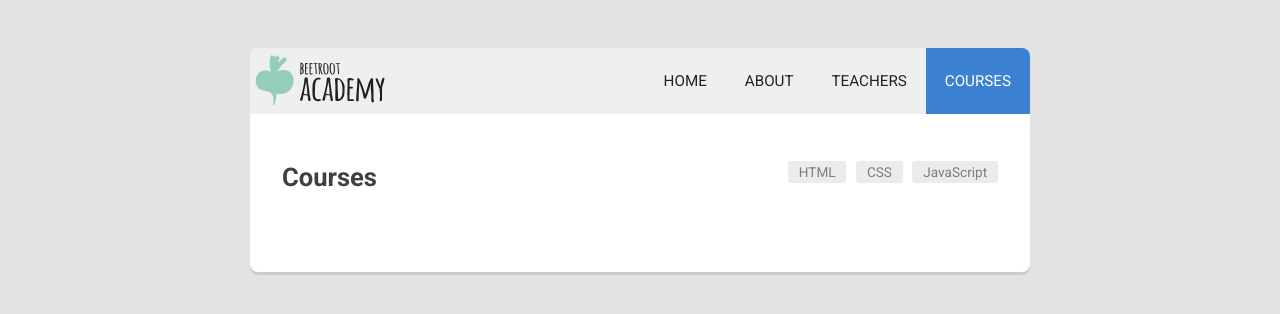
Repository: AlSemyon/router
Page: /courses
The author's editor kept a copy of each file at every save. The page is drawn from the files as they stood at one save, then again after the next save.
The browser window is 1280 px wide. The pictures show the whole page.
The project was rebuilt for these pictures with package versions that can differ from the ones it lists, and the page was loaded fresh each time. Also part of the build but not shown: src/components/Home.js, src/components/About.js, src/data.js, src/components/Teachers.js, src/components/courses/Course.js, src/components/courses/HTML.js, src/components/courses/CSS.js, src/components/courses/JavaScript.js.

Above is the page before, as saved 2018-12-30 10:13:27.

After the next save:
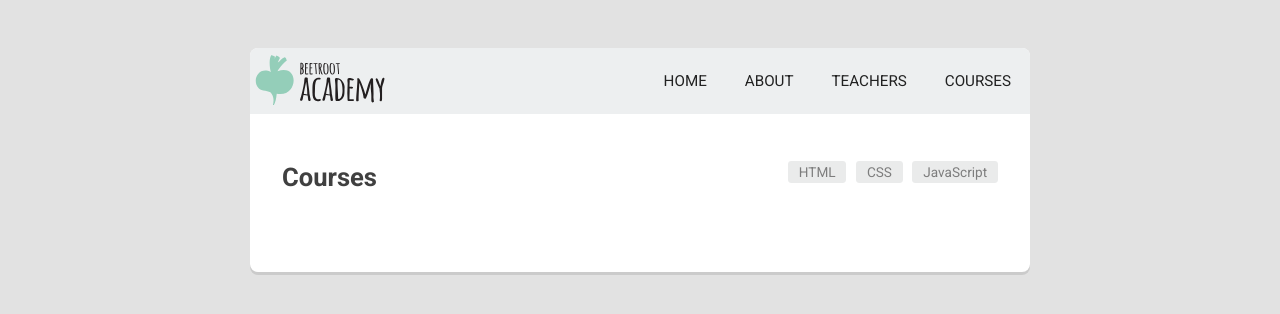
Saved 8 s later.
--- a/src/components/Header.js
+++ b/src/components/Header.js
@@ -8,7 +8,7 @@
        <li><NavLink exact to='/' activeStyle={{background: 'tomato'}}>Home</NavLink></li>
        <li><NavLink to='/about' activeClassName="myActiveClass">About</NavLink></li>
        <li><NavLink to='/teachers'>Teachers</NavLink></li>
-       <li><NavLink to='/courses'>Courses</NavLink></li>
+       <li><NavLink to='/courses/html'>Courses</NavLink></li>
     </ul>
   </header>
 );

After the save that followed:
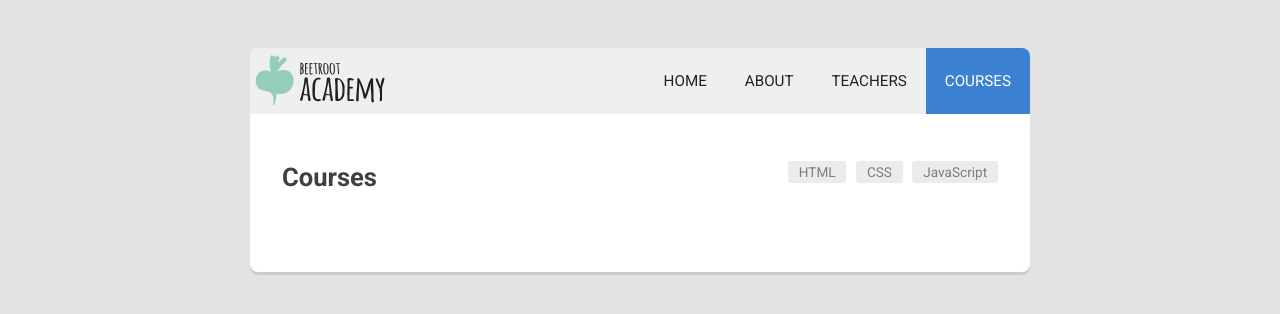
Saved 25 s later.
--- a/src/components/Header.js
+++ b/src/components/Header.js
@@ -8,7 +8,7 @@
        <li><NavLink exact to='/' activeStyle={{background: 'tomato'}}>Home</NavLink></li>
        <li><NavLink to='/about' activeClassName="myActiveClass">About</NavLink></li>
        <li><NavLink to='/teachers'>Teachers</NavLink></li>
-       <li><NavLink to='/courses/html'>Courses</NavLink></li>
+       <li><NavLink to='/courses'>Courses</NavLink></li>
     </ul>
   </header>
 );
